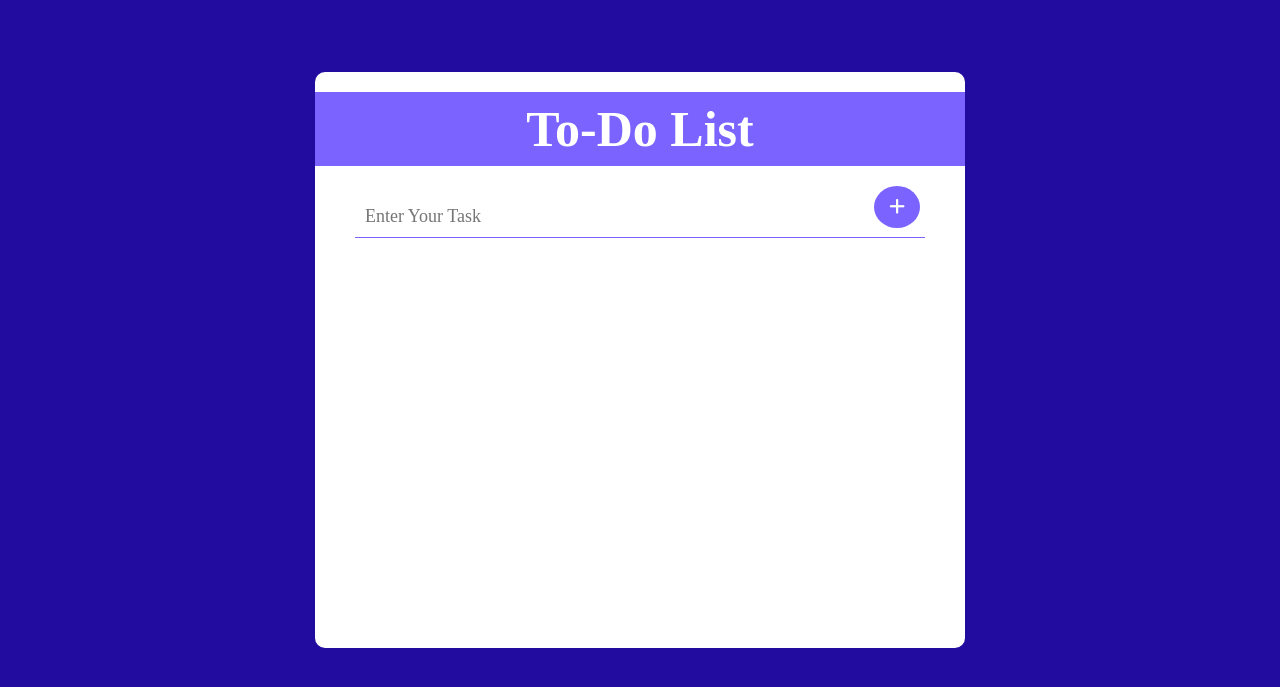
Repository: AliHassan02-Dev/To-Do-App
Page: /
These files come from the project's save history. The page is drawn as it stood at one moment and after the next save; the edit follows.
The browser window is 1280 px wide. The pictures show the whole page.
Some web libraries are served in a nearby version. The project was rebuilt for these pictures with package versions that can differ from the ones it lists, and the page was loaded fresh each time. Also part of the build but not shown: vite.config.js, src/Components/TaskList.jsx.

Above is the page before, as saved 2024-10-28 12:42:54.

After the next save:
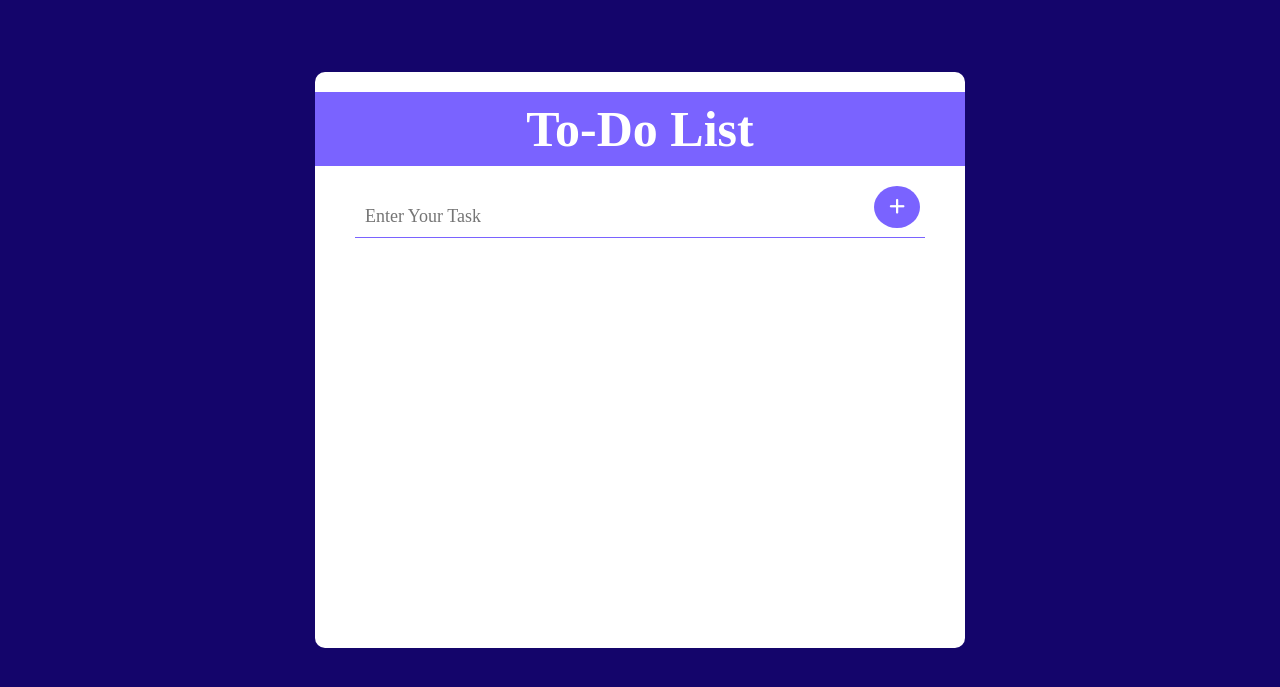
Saved 70 s later.
--- a/src/App.css
+++ b/src/App.css
@@ -27,7 +27,7 @@ body {
 .mainWrapper {
   width: 100%;
   height: 100vh;
-  background-color: rgb(34, 12, 160);
+  background-color: rgb(20 5 107);
   display: flex;
   justify-content: center;
   flex-direction: column;
